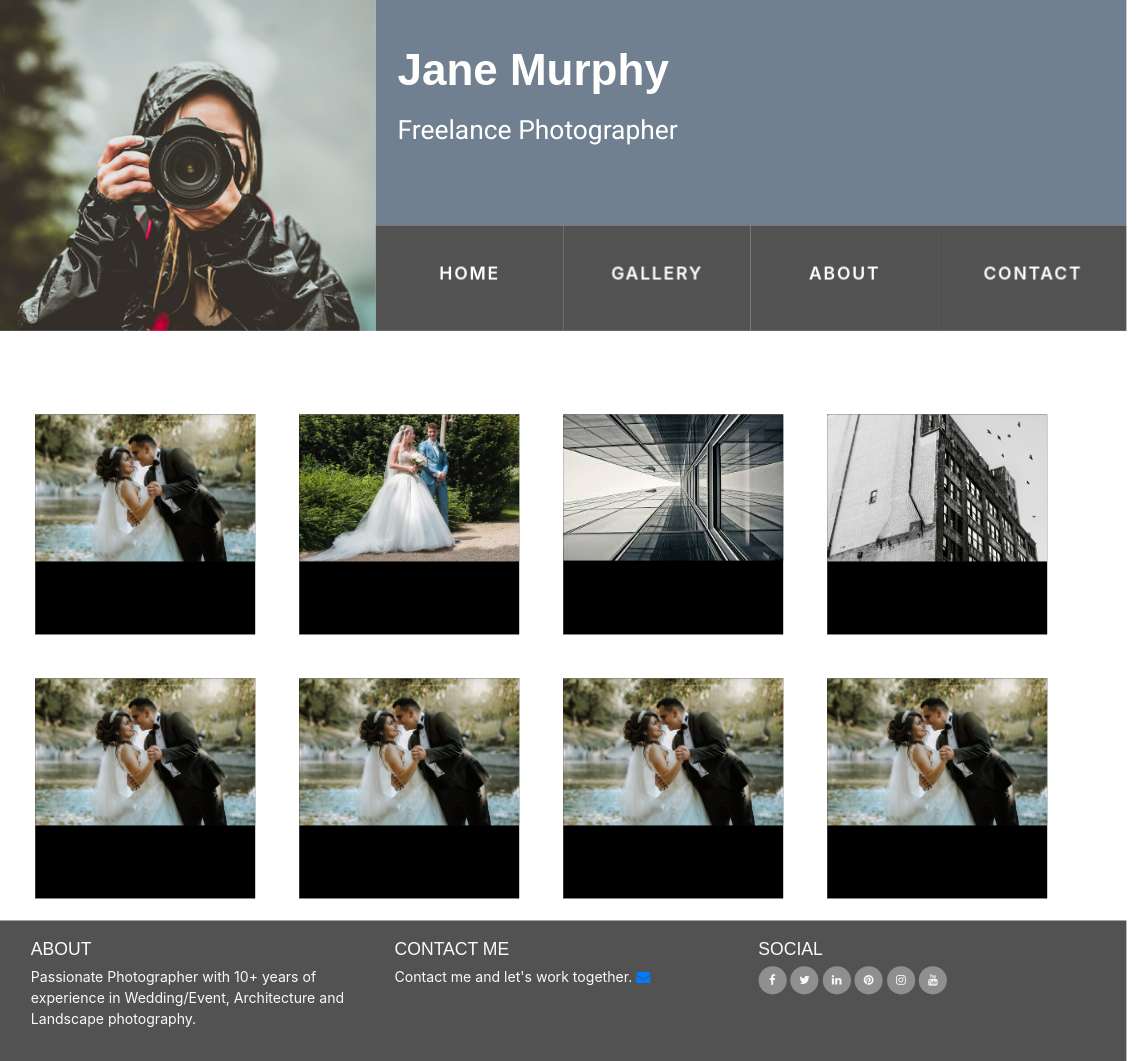
Repository: Code-Institute-Submissions/MrChrisRandall-milestone-1
Page: gallery.html
The author's editor kept a record of every edit. The page is drawn from the files as they stood at one moment, then again after the next edit.
The browser window is 1280 px wide. The page is 1295 px wide, so the pictures cover 1295 px, including what lies to the right of the window. The pictures show the whole page, at 88% of full size.

Above is the page before.

After the next edit:
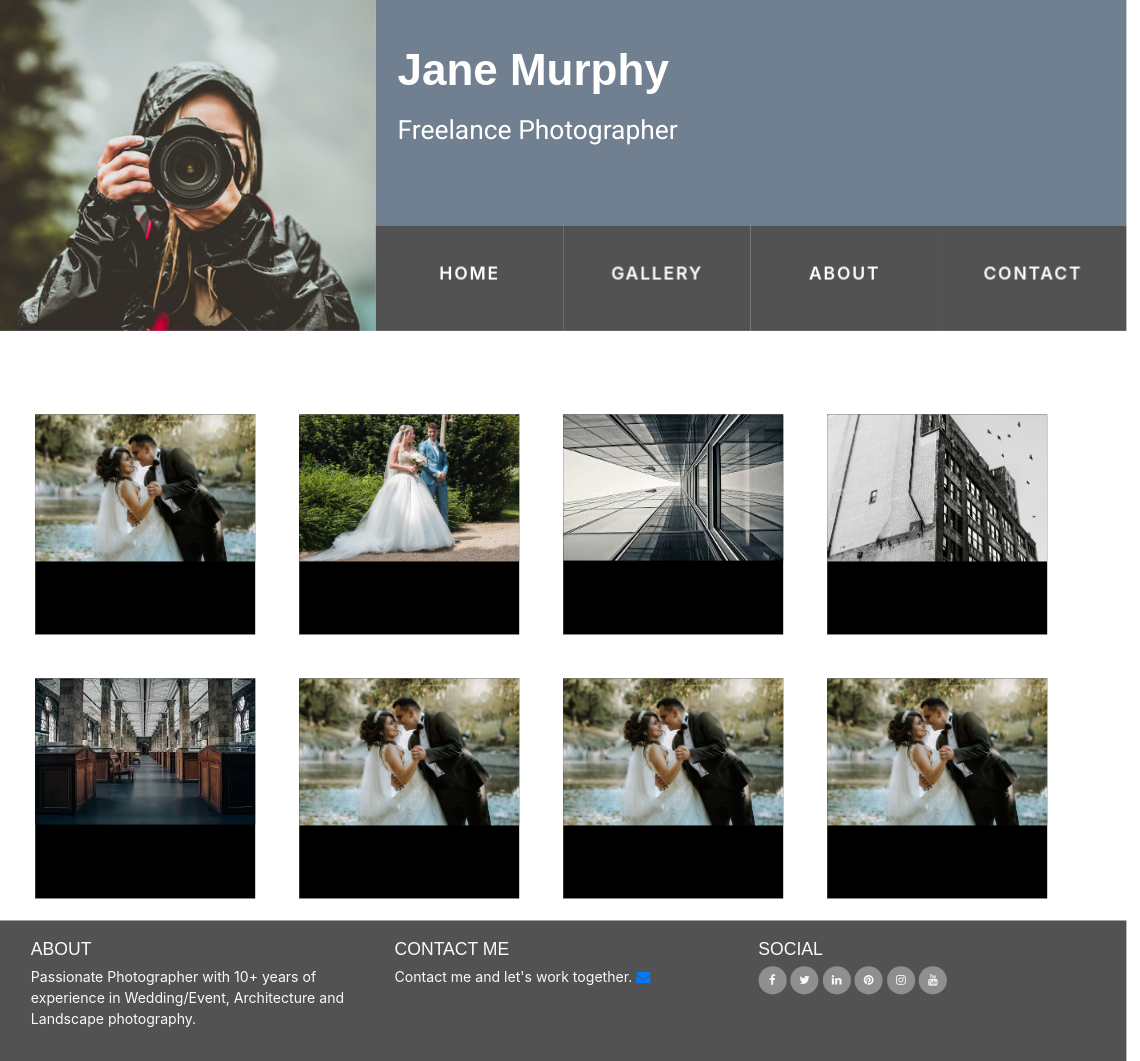
The edit:
--- a/gallery.html
+++ b/gallery.html
@@ -74,7 +74,7 @@
             </div>
             <div class="box">
                 <div class="imgBox">
-                    <img src="assets/images/wedding1.jpg"></img>
+                    <img src="assets/images/a3.jpg"></img>
                 </div>
             </div>
             <div class="box">
